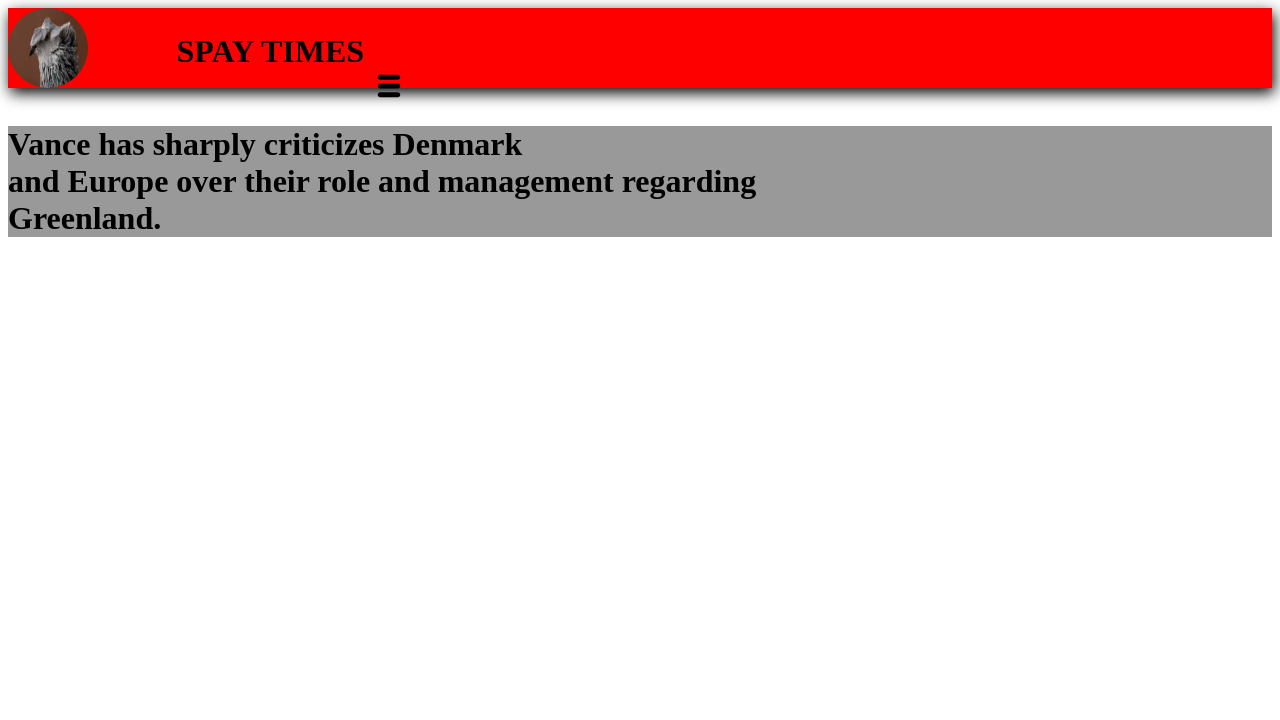
Repository: ridhukhan/spytimes
Page: /
The author's editor kept a copy of each file at every save. The page is drawn from the files as they stood at one save, then again after the next save.
The browser window is 1280 px wide. The pictures show the whole page.
The project was rebuilt for these pictures with package versions that can differ from the ones it lists, and the page was loaded fresh each time. Also part of the build but not shown: vite.config.js.

Above is the page before, as saved 2026-01-09 21:45:42.

### index.html
<!doctype html>
<html lang="en">
  <head>
    <meta charset="UTF-8" />
    <link rel="icon" type="image/svg+xml" href="/vite.svg" />
    <meta name="viewport" content="width=device-width, initial-scale=1.0" />
    <title>spytimes</title>
  </head>
  <body>
    <div id="root"></div>
    <script type="module" src="/src/main.jsx"></script>
  </body>
</html>

### src/main.jsx
import { StrictMode } from 'react'
import {BrowserRouter} from "react-router-dom"

import { createRoot } from 'react-dom/client'
import './index.css'
import App from './App.jsx'
createRoot(document.getElementById('root')).render(
  <StrictMode>
    <BrowserRouter>
    <App />
    </BrowserRouter>
  </StrictMode>,
)

### src/index.css
@media screen and (max-width:414px){
  *{
    width: 100%;
    padding:0;
margin: 0;
  }

  body{
width: 100%;
background-color: white;
color: black;
  }
}

### src/App.jsx
import { Route, Routes } from "react-router-dom"
import Navbar from "./nav/Navbar"
import Home from "./pages/home/Home"



function App() {

  return (
    <div>
   <Navbar/>
   <Routes>
    <Route path="/" element={<Home/>}/>
   </Routes>
    </div>
  )
}

export default App

### src/nav/Navbar.jsx
import React from 'react'
import { TiThMenu } from "react-icons/ti";
import logo from "../assets/download.jpeg"
const Navbar = () => {
  return (
    <div style={{backgroundColor:"red",display:"flex",
    width:"100%", height:"80px", top:"0", zIndex:"1000", boxShadow:"2px 5px 14px black"}}>
<img src={logo} alt="logo" style={{width:"80px", height:"80px", borderRadius:"100%"}}/>
<h1 style={{marginTop:"2%", marginLeft:"7%",}}>SPAY TIMES</h1>
<TiThMenu style={{width:"50px",height:"30px", marginTop:"5%"}}/>
    </div>
  )
}

export default Navbar

### src/pages/home/Home.jsx
import React from 'react'

const Home = () => {
  return (
    <div style={{marginTop:"3%"}}>


        <h1 style={{backgroundColor:"#999"}}>Vance has sharply criticizes Denmark <br /> and Europe over their role and management regarding <br /> Greenland.</h1>


    </div>
  )
}

export default Home

After the next save:
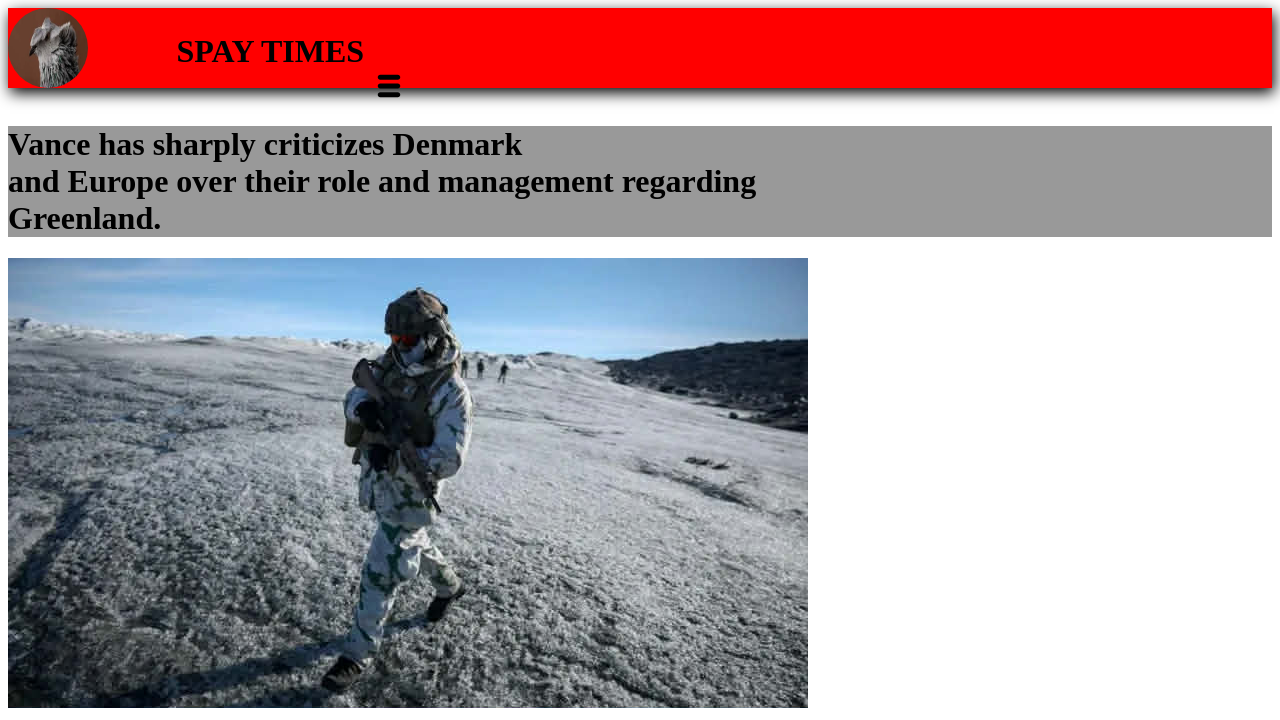
Saved 7 min 3 s later.
--- a/src/pages/home/Home.jsx
+++ b/src/pages/home/Home.jsx
@@ -1,5 +1,5 @@
 import React from 'react'
-
+import home1 from "../../assets/home1.jpeg"
 const Home = () => {
   return (
     <div style={{marginTop:"3%"}}>
@@ -7,6 +7,8 @@ const Home = () => {
 
         <h1 style={{backgroundColor:"#999"}}>Vance has sharply criticizes Denmark <br /> and Europe over their role and management regarding <br /> Greenland.</h1>
 
+        <img src={home1} alt="home1" />
+
 
     </div>
   )
